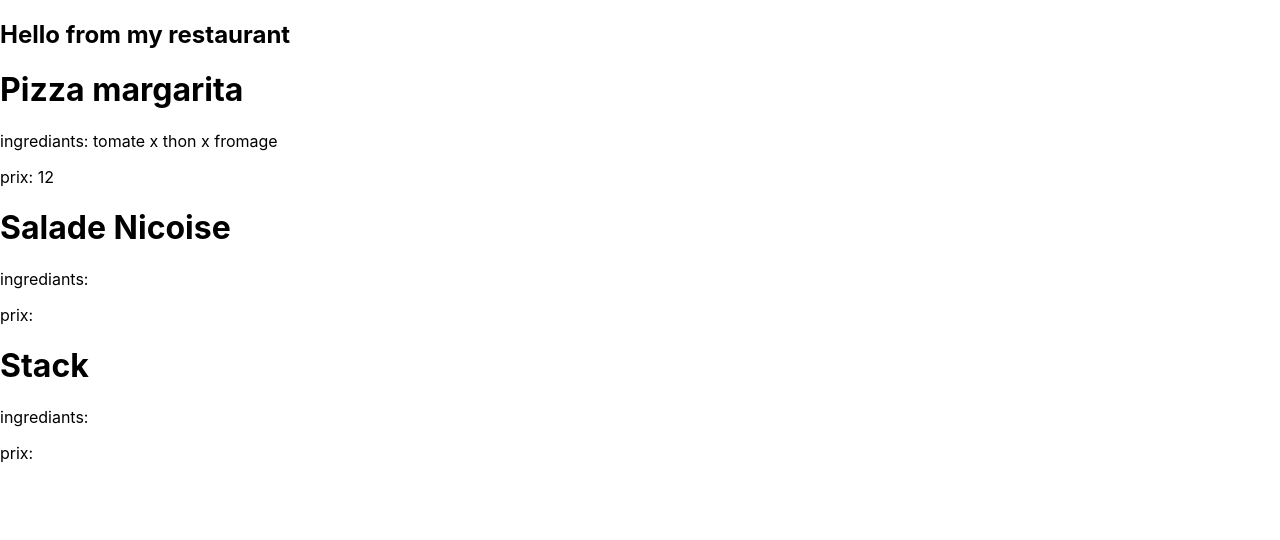
Repository: FS-23/my-restaurant
Page: /
The author's editor kept a copy of each file at every save. The page is drawn from the files as they stood at one save, then again after the next save.
The browser window is 1280 px wide. The pictures show the whole page.
The project was rebuilt for these pictures with package versions that can differ from the ones it lists, and the page was loaded fresh each time.

Above is the page before, as saved 2022-04-29 12:40:43.

After the next save:
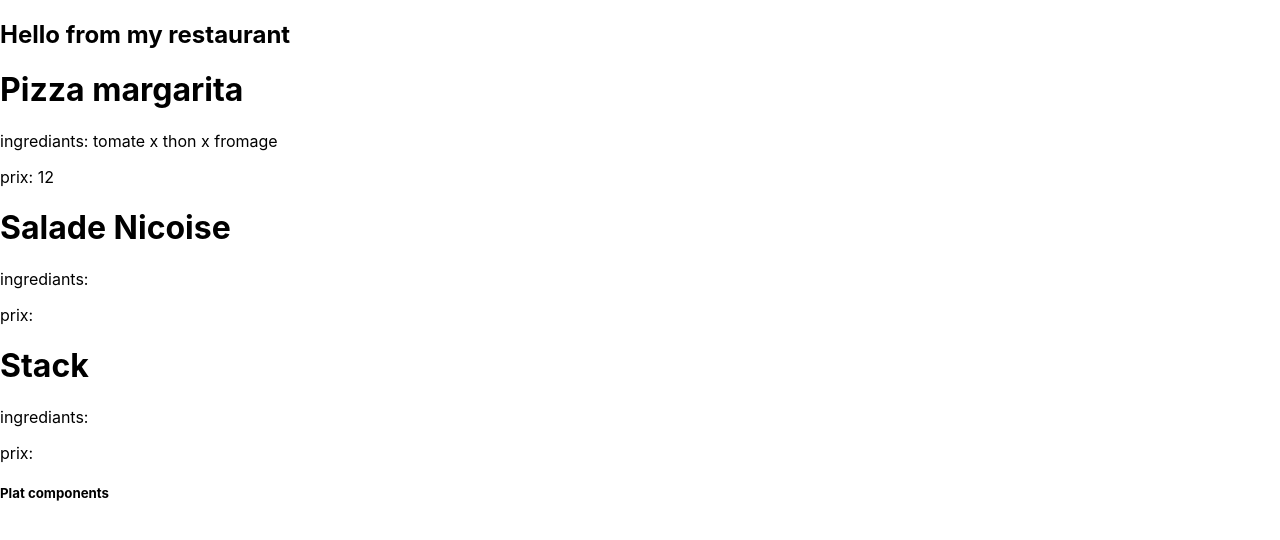
Saved 42 min 16 s later.
--- a/src/App.js
+++ b/src/App.js
@@ -6,8 +6,14 @@ function App() {
         <Plat name="Pizza margarita" price="12" ingredient="tomate x thon x fromage"/>
         <Plat name="Salade Nicoise"/>
         <Plat name="Stack"/>
+        <Plat2 />
     </div>
   );
 }
 
+function Plat2(){
+   return (
+     <h5>Plat components</h5>
+   )
+}
 export default App;
